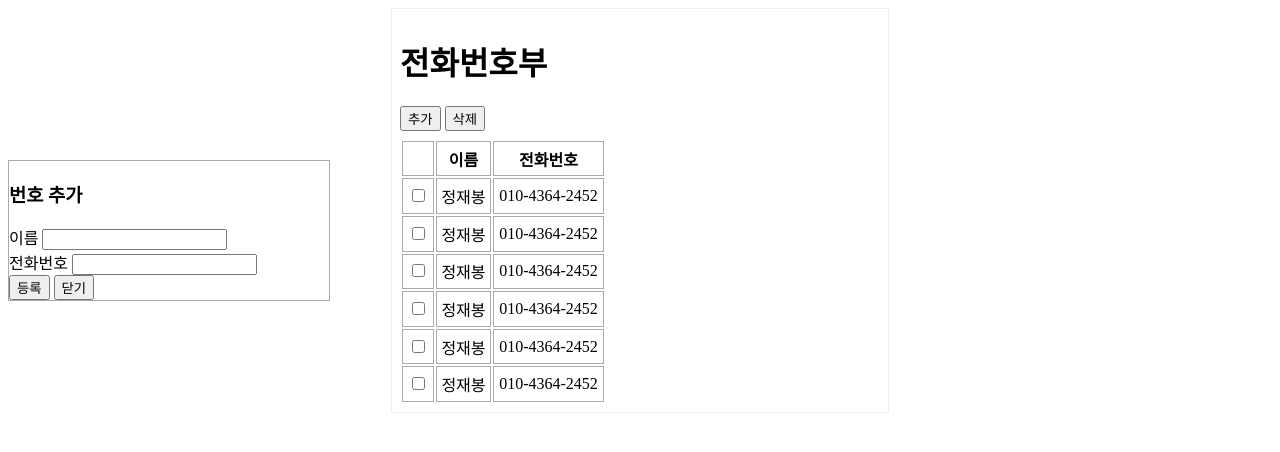
Repository: limjh0513/DGSW_JAVA
Page: 2학기/JAVA_WEB/web/src/main/webapp/phoneBook/phoneBook.html
The author's editor kept a copy of each file at every save. The page is drawn from the files as they stood at one save, then again after the next save.
The browser window is 1280 px wide. The pictures show the whole page.

Above is the page before, as saved 2021-11-03 02:26:28.

### 2학기/JAVA_WEB/web/src/main/webapp/phoneBook/phoneBook.html
<!DOCTYPE html>
<html>
<head>
<meta charset="EUC-KR">
<title>전화번호부</title>
<link rel="stylesheet" href="css/phoneBook.css" />
</head>
<body>
	<div class="main">
		<h1>전화번호부</h1>
		<div class="btn">
			<button>추가</button>
			<button>삭제</button>
		</div>

		<table>
			<thead>
				<tr class="list">
					<th></th>
					<th>이름</th>
					<th>전화번호</th>
				</tr>
			</thead>
			<tbody>
				<tr class="list">
					<td><input type="checkbox" /></td>
					<td>정재봉</td>
					<td>010-4364-2452</td>
				</tr>
			<tbody>
				<tr class="list">
					<td><input type="checkbox" /></td>
					<td>정재봉</td>
					<td>010-4364-2452</td>
				</tr>
			<tbody class="list">
				<tr>
					<td><input type="checkbox" /></td>
					<td>정재봉</td>
					<td>010-4364-2452</td>
				</tr>
			<tbody>
				<tr class="list">
					<td><input type="checkbox" /></td>
					<td>정재봉</td>
					<td>010-4364-2452</td>
				</tr>
			<tbody>
				<tr class="list">
					<td><input type="checkbox" /></td>
					<td>정재봉</td>
					<td>010-4364-2452</td>
				</tr>
			<tbody>
				<tr class="list">
					<td><input type="checkbox" /></td>
					<td>정재봉</td>
					<td>010-4364-2452</td>
				</tr>
		</table>
	</div>

	<div class="registerLayer">
		<h3>번호 추가</h3>
		<div>
			<label>이름</label>
			<input type="text" name="name"/>
		</div>
		<div>
			<label>전화번호</label>
			<input type="text" name="phoenNumber"/>
		</div>
		<div>
			<input type="button" value="등록"/>
			<input type="button" value="닫기"/>
		</div>
	</div>
</body>
</html>

### 2학기/JAVA_WEB/web/src/main/webapp/phoneBook/css/phoneBook.css
@charset "EUC-KR";

.main {
	width: 30rem;
	border: 1px solid #EEE;
	margin: 0 auto 0 auto;
	padding: 0.5rem;
}

.btn{
	text-align: rigth;
	padding-right: 3rem;
	margin-bottom: 0.5rem;
}

.list{
	width: 95%;
	margin: 0 auto 0 auto;
	border-collapse: collapse;
}

.list th, td{
	border: 1px solid #AAA;
	padding: 0.3rem;
	text-align: center;
}

.registerLayer{
	width: 20rem;
	margin: 0 auto;
	border: 1px solid #AAA;
	position: absolute;
	top: 10rem;
	background-color: #FFFFFF
}

After the next save:
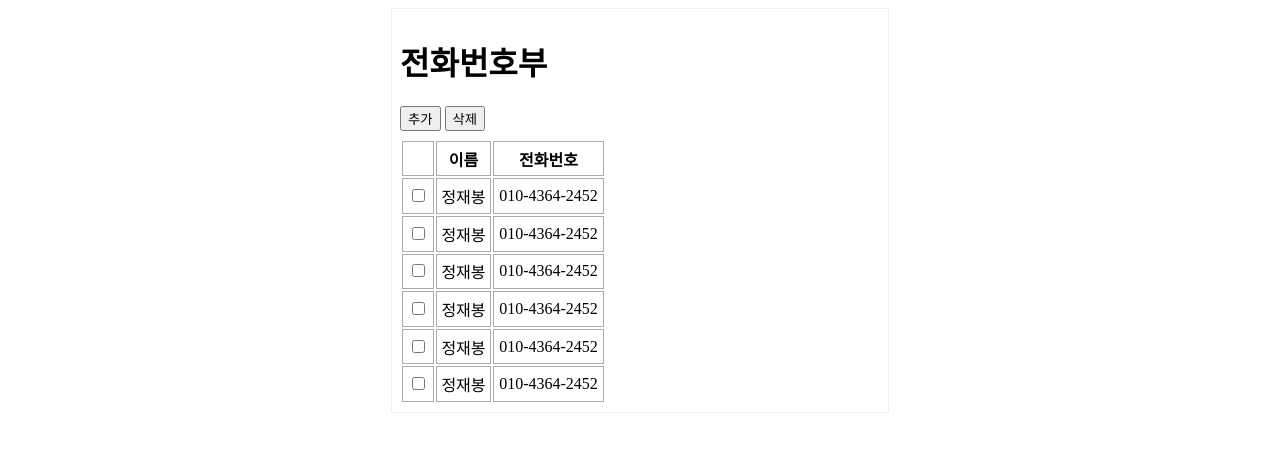
Saved 32 s later.
--- a/2학기/JAVA_WEB/web/src/main/webapp/phoneBook/phoneBook.html
+++ b/2학기/JAVA_WEB/web/src/main/webapp/phoneBook/phoneBook.html
@@ -60,20 +60,6 @@
 		</table>
 	</div>
 
-	<div class="registerLayer">
-		<h3>번호 추가</h3>
-		<div>
-			<label>이름</label>
-			<input type="text" name="name"/>
-		</div>
-		<div>
-			<label>전화번호</label>
-			<input type="text" name="phoenNumber"/>
-		</div>
-		<div>
-			<input type="button" value="등록"/>
-			<input type="button" value="닫기"/>
-		</div>
-	</div>
+
 </body>
 </html>
